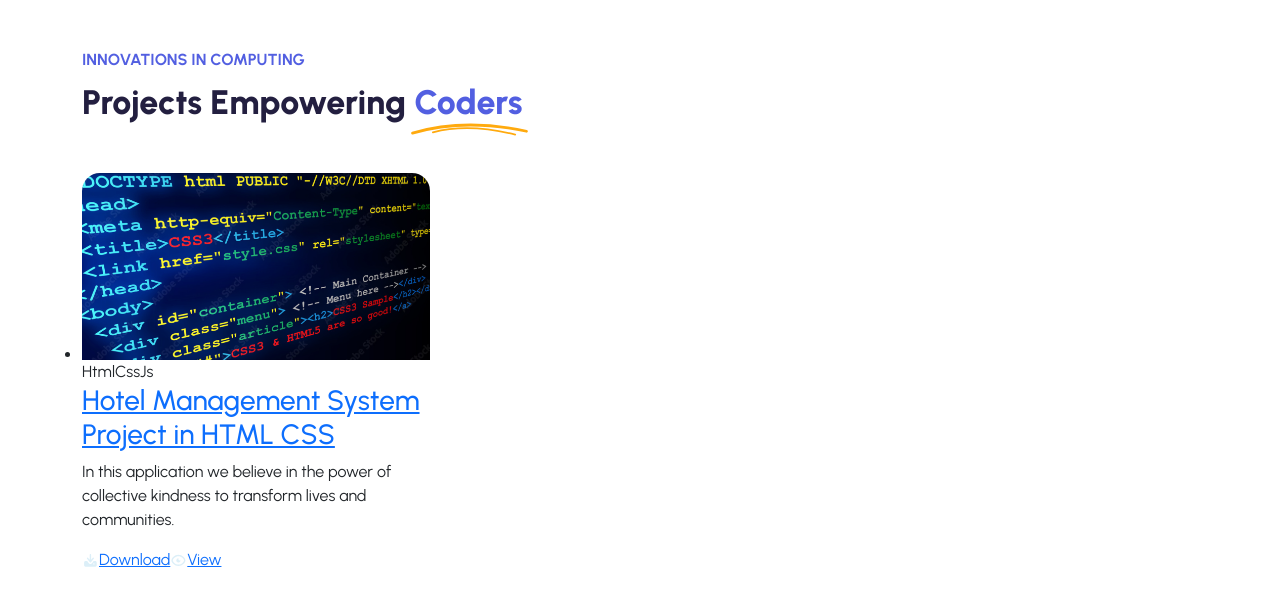
Repository: sharma171/jtccreativeideas
Page: /newsection (app in nextjssite/)
An editor plug-in stored every save of this project. The page is shown before and after the next save, followed by the edit.
The browser window is 1280 px wide. The pictures show the whole page.
The project was rebuilt for these pictures with package versions that can differ from the ones it lists, and the page was loaded fresh each time. The framework's server and built-in components were replaced by stand-ins that run in the browser. Also part of the build but not shown: nextjssite/next.config.mjs.

Above is the page before, as saved 2024-03-28 12:37:59.

### nextjssite/src/app/layout.js
// import { Inter } from "next/font/google";
// import "./globals.css";
import 'bootstrap/dist/css/bootstrap.min.css';

// const inter = Inter({ subsets: ["latin"] });

export const metadata = {
  title: "Create Next App",
  description: "Generated by create next app",
};

 const RootLayout = ({ children }) => {
  return (
    <html lang="en">
      <body>
        {/* Layout UI */}
        <main>{children}</main>
      </body>
    </html>
  )
}
export default RootLayout;

### nextjssite/src/app/newsection/page.jsx
import React from 'react'
import "./page.css"
import Headicon from "./after-head-icon.svg"
import Image from 'next/image'
import Link from 'next/link'
import Projimg1 from './images/projsection1.png'
import Projimg2 from './images/projsection2.png'
import Projimg3 from './images/projsection3.png'
import Downloadicon from './images/Download-icon.svg'
import Viewicon from './images/view-icon.svg'
const Page = () => {
    return(
        <>
        <section className="projects">
            <div className="container">
                <div className="col-flex main-head">
                    <h5 class="small-head">Innovations in Computing</h5>
                    <h3 className="bghead">Projects Empowering <span>Coders
                        <Image src={Headicon}></Image></span></h3>
                </div>
                <ul className="row-flex project-cards">
                    <li>

                            <div className="card-inner">
                                <Image src={Projimg1} alt="project" className="thumb"></Image>
                                <div className="info">
                                    <div className="tech-info">
                                        <span>Html</span>
                                        <span>Css</span>
                                        <span>Js</span>
                                    </div>
                                    <Link href="/newsection">
                                    <h3 className="heading">
                                        Hotel Management System Project in HTML CSS
                                    </h3>
                                    </Link>
                                    <p className="info">
                                        In this application we believe in the power of collective kindness to transform lives and communities.
                                    </p>
                                    <div className="card-button">
                                        <a href="" className="bot-button">
                                            <Image src={Downloadicon} alt='icon'></Image>
                                            Download
                                        </a>
                                        <a href="" className="bot-button">
                                            <Image src={Viewicon} alt='icon'></Image>
                                            View
                                        </a>
                                    </div>
                                </div>
                            </div>
                    </li>
                </ul>
            </div>
        </section>
        </>
    )
}
export default Page;

### nextjssite/src/app/newsection/page.css
@import url('https://fonts.googleapis.com/css2?family=Urbanist:ital,wght@0,100..900;1,100..900&display=swap');
* {
    font-family: "Urbanist", sans-serif;
    font-optical-sizing: auto;
}

section.projects {
    padding: 50px 0;
}
.main-head .small-head {
    color: #525fe1;
    font-size: 16px;
    font-weight: 700;
    text-transform: uppercase;
}
.main-head .bghead {
    color: #231f40;
    font-size: 34px;
    line-height: 1.5em;
    font-weight: 800;
}
.main-head .bghead span {
    color: #525fe1;
    position: relative;
}
.main-head .bghead span img {
    position: absolute;
    top: 100%;
    left: -5.9999999999999964px;
    width: 122.29999999999994px;
    height: 12.600000000000012px;
}
.project-cards {
    padding: 0;
    margin: 45px 0;
}
.project-cards li {
    width: calc(33.33333333333333% - 24px);
    border-top-left-radius: 18px;
    border-top-right-radius: 18px;
}
.project-cards li .card-inner {
    display: flex;
    flex-direction: column;
    width: 100%;
    border-top-left-radius: 18px;
    border-top-right-radius: 18px;
}
.project-cards li .card-inner .thumb {
    width: 100%;
    max-width: 100%;
    height: auto;
    object-fit: cover;
    border-top-left-radius: 18px;
    border-top-right-radius: 18px;
}

After the next save:
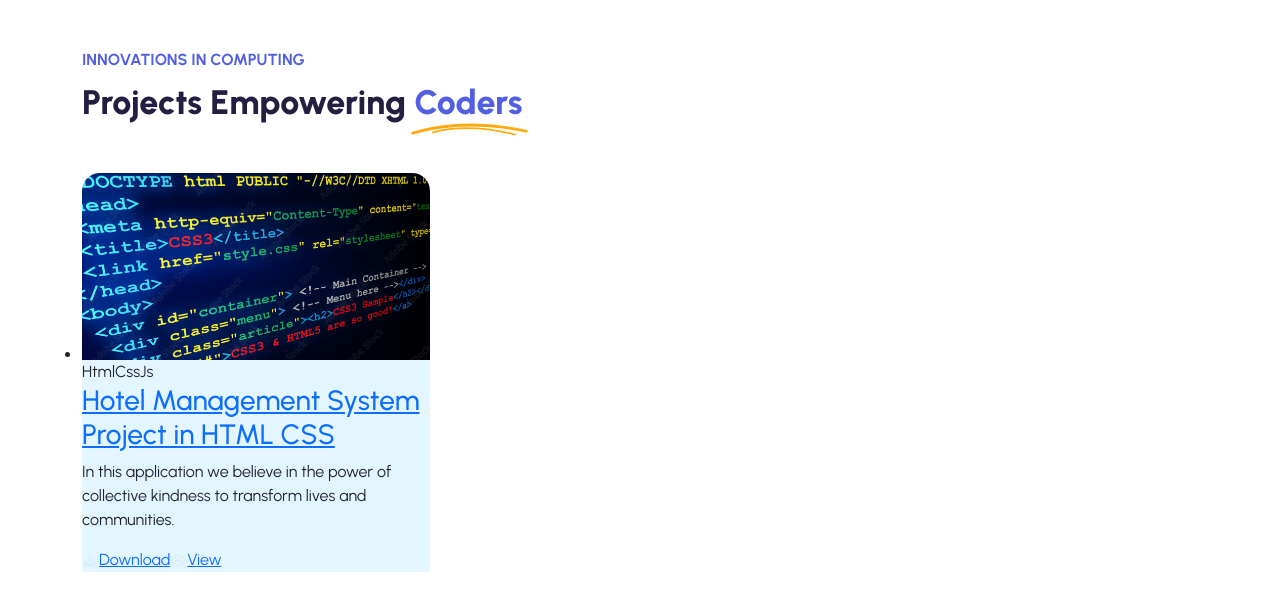
Saved 31 s later.
--- a/nextjssite/src/app/newsection/page.css
+++ b/nextjssite/src/app/newsection/page.css
@@ -38,6 +38,7 @@ section.projects {
     width: calc(33.33333333333333% - 24px);
     border-top-left-radius: 18px;
     border-top-right-radius: 18px;
+    background: #E3F5FF;
 }
 .project-cards li .card-inner {
     display: flex;
